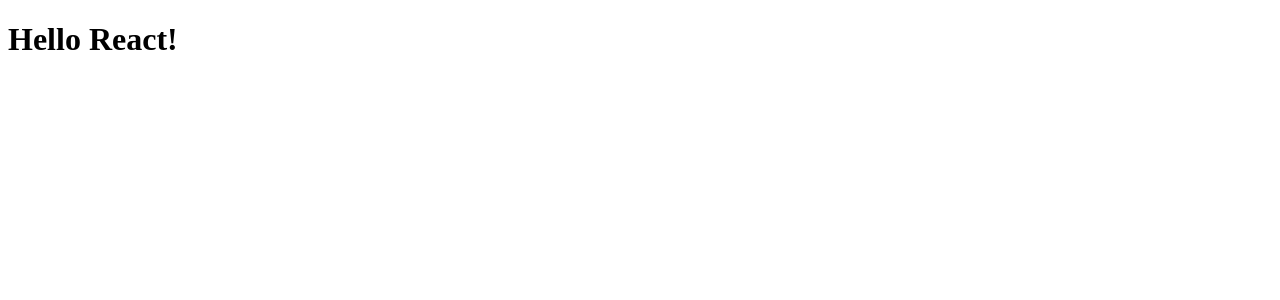
Repository: Alphosmart/03_pizza-menu
Page: /
The author's editor kept a copy of each file at every save. The page is drawn from the files as they stood at one save, then again after the next save.
The browser window is 1280 px wide. The pictures show the whole page.
The project was rebuilt for these pictures with package versions that can differ from the ones it lists, and the page was loaded fresh each time.

Above is the page before, as saved 2024-05-26 15:29:56.

After the next save:
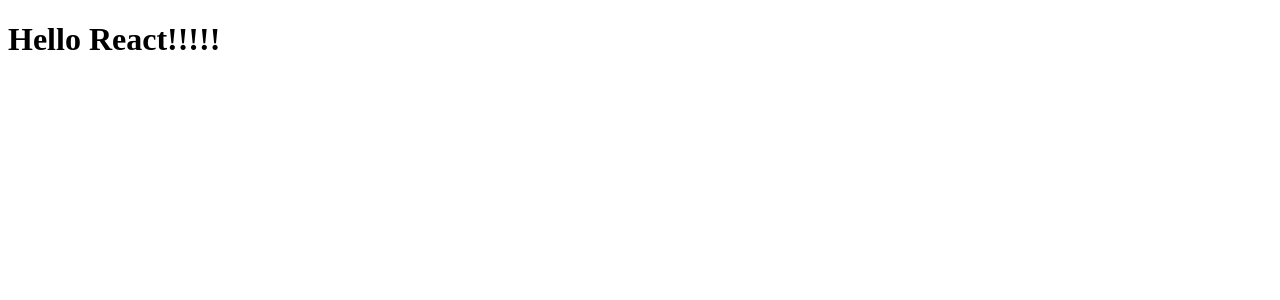
Saved 3 min 45 s later.
--- a/src/index.js
+++ b/src/index.js
@@ -2,7 +2,7 @@
 import ReactDOM from "react-dom/client";
 
 function App() {
-  return <h1>Hello React!</h1>;
+  return <h1>Hello React!!!!!</h1>;
 }
 // React v18
 const root = ReactDOM.createRoot(document.getElementById("root"));

After the save that followed:
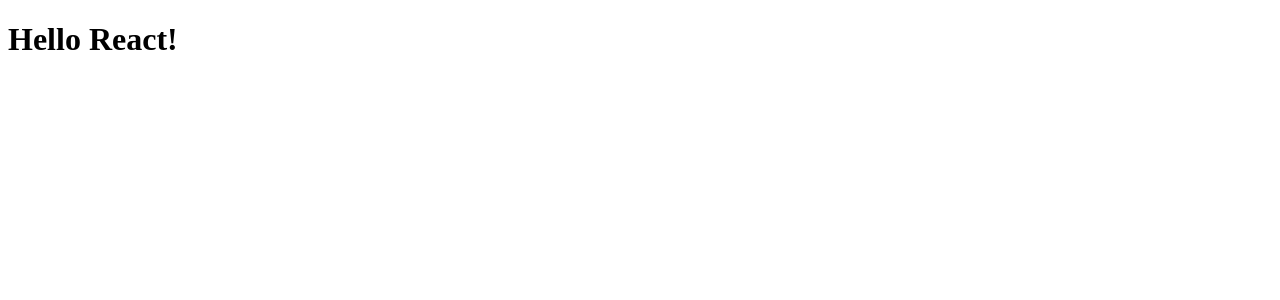
Saved 2 min 1 s later.
--- a/src/index.js
+++ b/src/index.js
@@ -2,7 +2,7 @@
 import ReactDOM from "react-dom/client";
 
 function App() {
-  return <h1>Hello React!!!!!</h1>;
+  return <h1>Hello React!</h1>;
 }
 // React v18
 const root = ReactDOM.createRoot(document.getElementById("root"));
